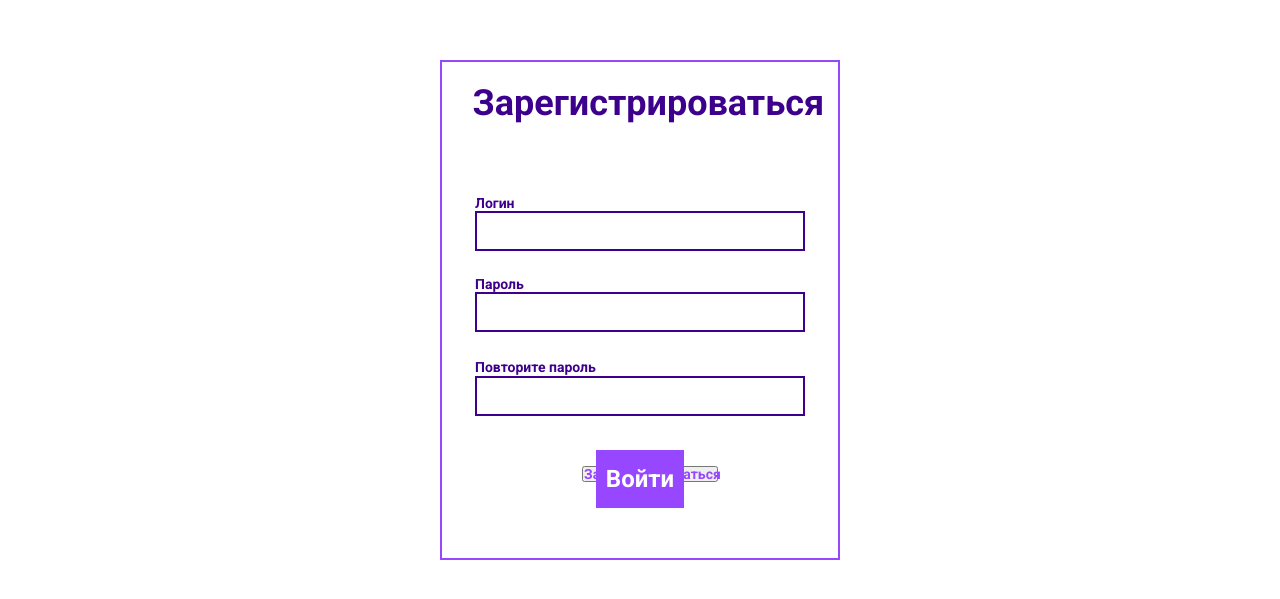
Repository: TimurZinatulin/Web_Shishki_1
Page: /main
These files come from the project's save history. The page is drawn as it stood at one moment and after the next save; the edit follows.
The browser window is 1280 px wide. The pictures show the whole page.
The project was rebuilt for these pictures with package versions that can differ from the ones it lists, and the page was loaded fresh each time. Also part of the build but not shown: vite.config.js, vue.config.js, src/views/LoginView.vue, src/components/HelloWorld.vue, src/views/MainView.vue, src/views/HomeView.vue, src/views/EditView.vue, src/views/FavoriteView.vue and 3 more.

Above is the page before, as saved 2023-06-10 22:55:45.
Console error: TypeError: Cannot read properties of null (reading 'user')

After the next save:
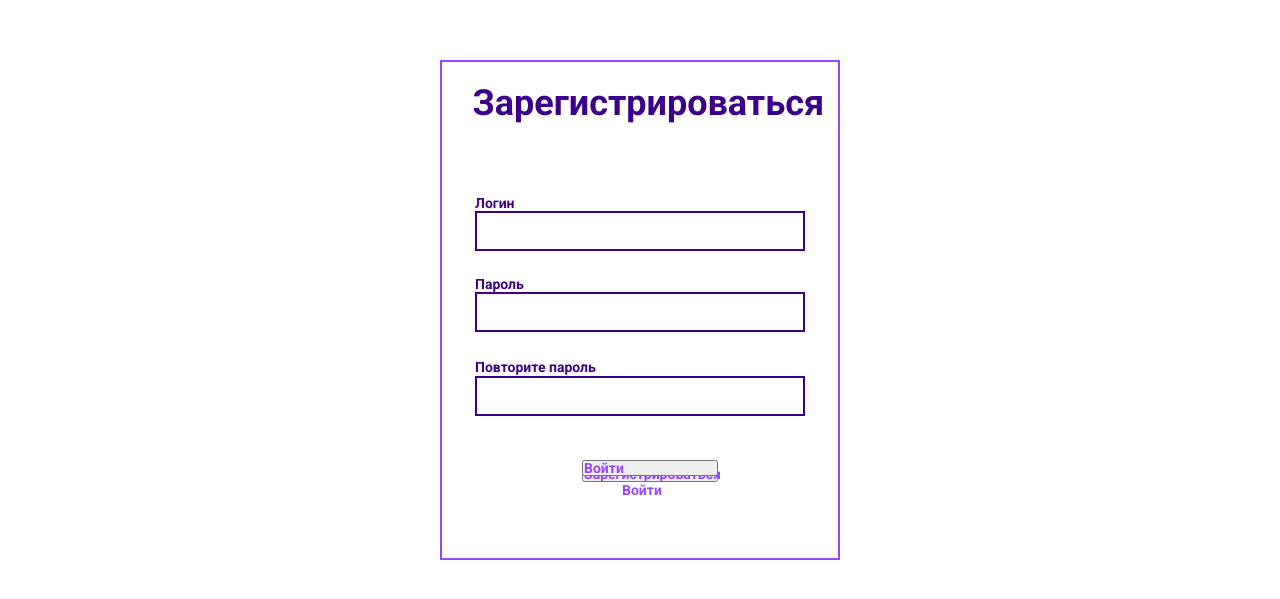
Saved 13 s later.
--- a/src/components/Auth.vue
+++ b/src/components/Auth.vue
@@ -2,7 +2,7 @@
     <div>
         <register-view v-if="isSignUp" />
         <login-view v-else />
-        <button id="log_btn" @click="isSignUp = !isSignUp">
+        <button id="reg_btn" @click="isSignUp = !isSignUp">
             {{
                 isSignUp
                 ? "Войти"
